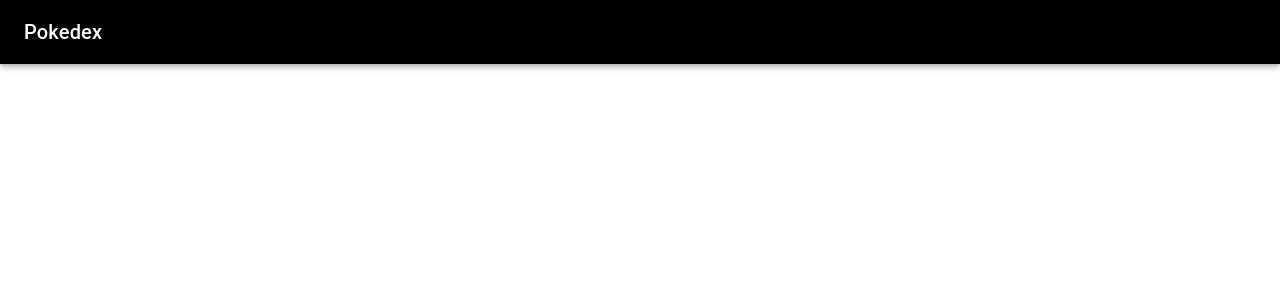
Repository: 404th/pokedex
Page: / (app in user/)
The author's editor kept a copy of each file at every save. The page is drawn from the files as they stood at one save, then again after a run of saves.
The browser window is 1280 px wide. The pictures show the whole page.
The page's requests for data from a server got no answer. The project was rebuilt for these pictures with package versions that can differ from the ones it lists, and the page was loaded fresh each time. No one was signed in, and anything a server would have sent is missing.

Above is the page before, as saved 2021-10-09 01:41:51.

### user/src/App.js
import { BrowserRouter as Router, Route } from "react-router-dom"
import AppNavigator from "./Components/AppNavigator";
// components

function App() {
  return (
    <Router>
        <Route to="/" component={ AppNavigator }></Route>
    </Router>
  );
}

export default App;

### user/src/Components/AppNavigator.jsx
import { Link } from "react-router-dom"
import {
    AppBar,
    Toolbar,
    Typography,
    makeStyles
} from "@material-ui/core"

const useStyles = makeStyles( theme => ({
    appBar:{
        backgroundColor:"black",
    },
    link:{
        textDecoration: "none",
    },
    title:{
        cursor:"pointer",
        color:"white",
    },
}) )

function AppNavigator() {
    const classes = useStyles()

    return (
        <AppBar className={ classes.appBar } position={"fixed"}>
            <Toolbar>
                <Link className={ classes.link } to={"/"}>
                    <Typography className={ classes.title } variant={"h6"}>Pokedex</Typography>
                </Link>
            </Toolbar>
        </AppBar>
    )
}

export default AppNavigator

### user/src/Containers/Pokedex.jsx
import { useEffect } from "react"
import { Box } from "@material-ui/core";

function Pokedex () {

    useEffect( () => {
        axios.get( "https://pokeapi.co/api/v2/pokemon?limit=800" )
            .then( res => console.log( res ) )
    },[] )

    return <Box>

    </Box>
}

export default Pokedex

Loaded but not shown: user/public/index.html (common file); user/src/index.js (common file); user/src/index.css (common file); user/src/reportWebVitals.js (common file)

After the next 4 saves:
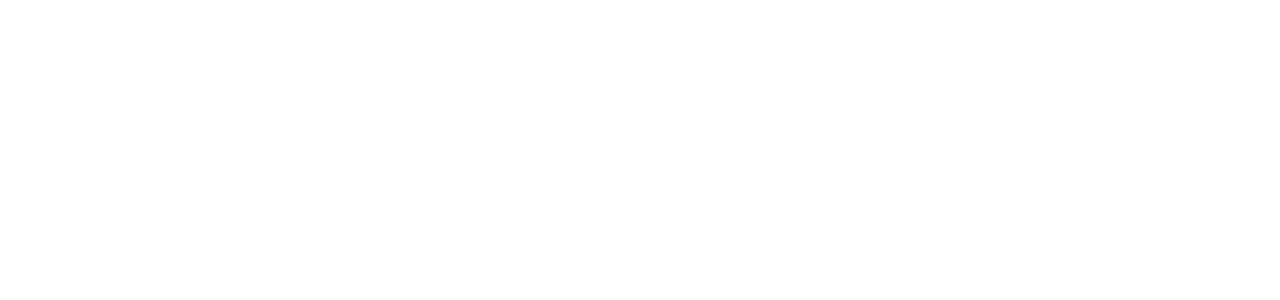
The 4 saves are shown as one change because 3 did not build or start.
The last was saved 2 min 13 s later.
--- a/user/src/App.js
+++ b/user/src/App.js
@@ -1,11 +1,12 @@
 import { BrowserRouter as Router, Route } from "react-router-dom"
-import AppNavigator from "./Components/AppNavigator";
+// import AppNavigator from "./Components/AppNavigator";
+import Pokedex from "./Containers/Pokedex";
 // components
 
 function App() {
   return (
     <Router>
-        <Route to="/" component={ AppNavigator }></Route>
+        <Route to="/" component={ Pokedex } exact></Route>
     </Router>
   );
 }
--- a/user/src/Containers/Pokedex.jsx
+++ b/user/src/Containers/Pokedex.jsx
@@ -1,5 +1,6 @@
 import { useEffect } from "react"
 import { Box } from "@material-ui/core";
+import axios from "axios"
 
 function Pokedex () {
 

After the 2 saves that followed:
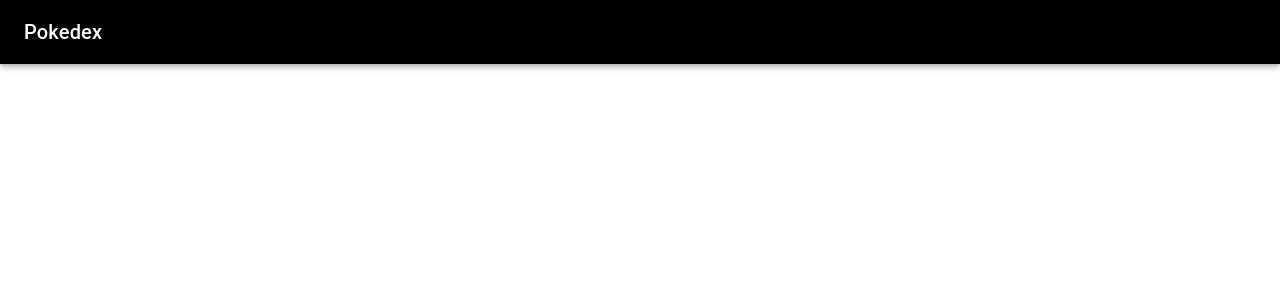
The 2 saves are shown as one change because 1 did not build or start.
The last was saved 20 s later.
--- a/user/src/Containers/Pokedex.jsx
+++ b/user/src/Containers/Pokedex.jsx
@@ -1,6 +1,8 @@
 import { useEffect } from "react"
 import { Box } from "@material-ui/core";
 import axios from "axios"
+
+import AppNavigator from "../Components/AppNavigator";
 
 function Pokedex () {
 
@@ -10,7 +12,7 @@
     },[] )
 
     return <Box>
-
+        <AppNavigator />
     </Box>
 }
 
